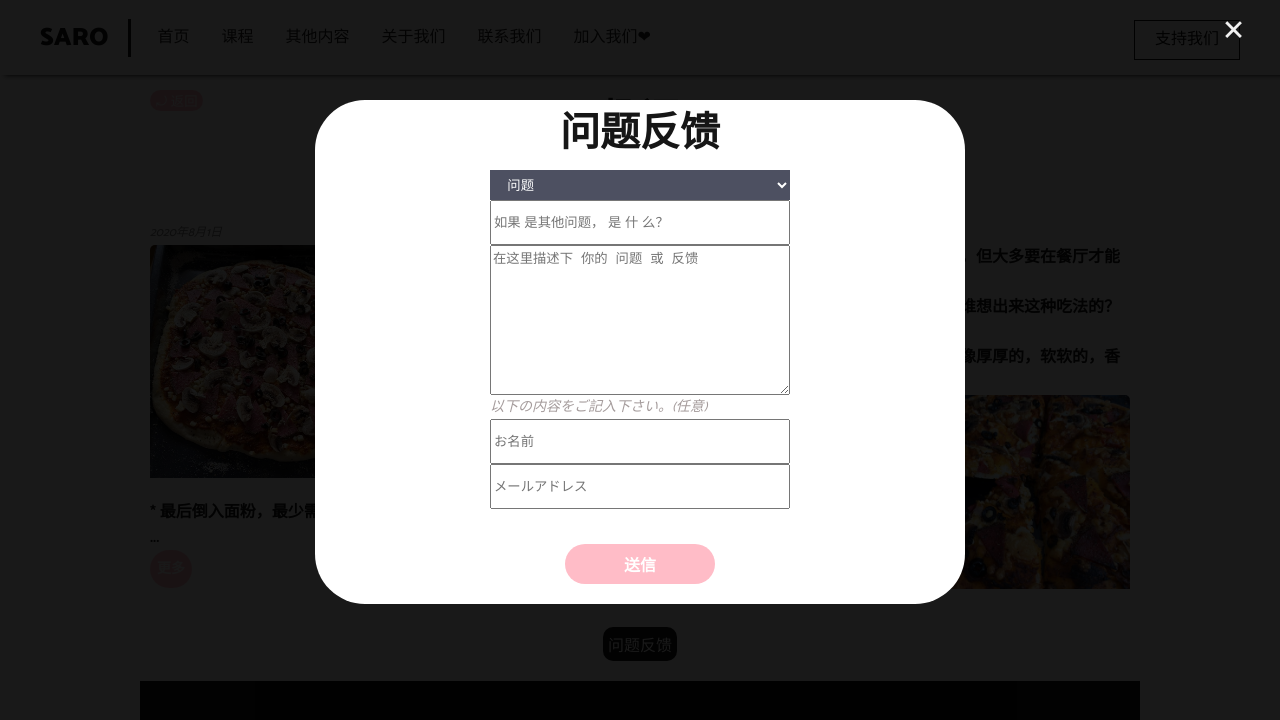
Repository: michalskirobert/SARO
Page: ch/stuff/curiosities.html
An editor plug-in stored every save of this project. The page is shown before and after the next save, followed by the edit.
The browser window is 1280 px wide. The pictures show the window.
After loading, the first visible `button.report` was clicked once.
A layer covers the whole window, so only the first screen is drawn. Some web libraries are served in a nearby version.

Above is the page before, as saved 2020-11-07 13:40:10.

### ch/stuff/curiosities.html
<!DOCTYPE html>
<html lang="zh">

<head>
    <meta charset="UTF-8">
    <meta name="description"
        content="大家好，我们是SARO。这个网站主要是为想要学习波兰语的朋友而建设。 网站的主要语言是英语，但我们也加入了日语和韩语。
        SARO的名字来源于日本名“Saki”（沙季）和Robert. Saki（日本人）和Robert（波兰人）是一对未婚夫妇，他们在这个网站努力
        分享他们的知识。">
    <meta name="keywords"
        content="波兰语, 波兰语学习, 如何学习波兰语, 波兰, 波兰食品, 波兰语课, 华沙, Polish lessons, Polish lessons online, online, lessons online, Polish online, free Polish lessons, polish lessons, Polska, polskie lekcje, lekcje języka polskiego, przepisy, recipes, recipe, polish foods recipe, recipes of Polish foods, żurek, naleśniki, gołąbki, żurek recipe, naleśniki recipe, gołąbki recipe, Polish cabbage rolls recipe, Polish free lessons, how to learn Polish, where to learn Polish, przypadki, polish declensions, how to make Polish words, how to make Polish sentences, SARO, SARO Polish lessons for free, SARO Polish, saro Polish lessons, Polish, Poland, Polska, polski, język polski, Polish hangman, saro, course, online, courses, english, japanese, Polish, Polish lessons, Polish curiosities, Polish tradition, Saro Polish langauge lessons online, Polish grammar, Polish media, Polish movies, Polish music, Polish foods, Polish food, pierogi, naleśniki, the best website for studying Polish, Polish lessons, Polish dictionary, Saro, Sa, Ro, Saki, Robert, Polish pronunciation, how to speak Polish, Warszawa, Warsaw, Wrocław, Wroclaw, Gdańsk, Polish cases, przypadki, Polish ortography, Polish culture, Polish traditions">
    <meta name="author" content="Robert Michalski">
    <meta name="viewport" content="width=device-width, initial-scale=1.0">
    <meta property="og:site_name" content="Saro.Website with free Polish lessons" />
    <meta property="og:url" content="www.saro.website" />
    <meta property="og:type" content="website" />
    <meta name="title" property="og:title" content="Saro.Website with free Polish lessons" />
    <meta name="image" property="og:image" content="https://saro.website/assets/img/bg/header-banner.jpg" />
    <meta property="og:image:type" content="image/png">
    <meta property="og:image:width" content="1024">
    <meta property="og:image:height" content="1024">
    <script defer src="https://saro.website/assets/js/cookie.js"></script>
    <script data-ad-client="ca-pub-5704095251892500" defer
        src="https://pagead2.googlesyndication.com/pagead/js/adsbygoogle.js"></script>
    <link rel="stylesheet" href="./../../assets/style/css/style.css">
    <title>Welcome to SARO - 趣闻</title>
</head>

<body>
    <header>
        <a href="https://saro.website" class="header-brand">SARO</a>
        <nav>
            <button class="hamburger" aria-expanded="false">
                <div class="bar"></div>
                <div class="bar"></div>
                <div class="bar"></div>
            </button>
            <ul class="nav__desktop">
                <li><a class="nav" href="./../index.html">首页</a></li>
                <li><a class="nav" href="./../lessons.html">课程</a></li>
                <li><a class="nav" href="./index.html">其他内容</a></li>
                <li><a class="nav" href="./../about.html">关于我们</a></li>
                <li><a class="navs" href="./../contact.html">联系我们</a></li>
                <li><a class="nav" href="./../join/">加入我们❤</a></li>
            </ul>
            <a href="./../support_us.html" class="header-cases">支持我们</a>
        </nav>
        <ul class="nav-list">
            <li><a href="./../index.html" class="header-brand--after">SARO</a></li>
            <li><a class="nav-links" href="./../index.html">首页</a></li>
            <li><a class="nav-links" href="./../lessons.html">课程</a></li>
            <li><a class="nav-links" href="./index.html">其他内容</a></li>
            <li><a class="nav-links" href="./../about.html">关于我们</a></li>
            <li><a class="nav-links" href="./../contact.html">联系我们</a></li>
            <li><a class="nav-links" href="./../join/">加入我们❤</a></li>
            <li><a class="nav-links" href="./../support_us.html">支持我们❤</a></li>
        </ul>
        <script src="./../../assets/js/menu.js"></script>
    </header>
    <main>
        <button class="back" onclick="goBack()">返回</button>
        <section class="content">
            <div class="wrapper">
                <h1>趣闻</h1>
                <article>
                    <script src="https://ajax.googleapis.com/ajax/libs/jquery/2.1.1/jquery.min.js"></script>
                    <div class="content">
                        <h2>披萨加番茄酱？</h2>
                        <p class="data"> 2020年8月1日</p>
                        <img src="./../../assets/img/articles/curiosities/01.08.2020/pizzaZKetchupem.jpg" alt="Pizza"
                            class="myImg image-left__center">
                        <p>最有名的披萨是超薄披萨，配上好的橄榄油。而在波兰你也可以吃到这样的披萨，但大多要在餐厅才能吃到。<br>
                            那么波兰人在家里会吃做哪种披萨吃呢？那披萨蘸蕃茄酱的吃法从哪里来的呢？谁想出来这种吃法的？谁
                            会想要在超薄披萨上加上那么多的番茄酱啊？<br>
                            薄披萨饼？并不在波兰流行！在很多波兰人家里，一般都是做厚披萨饼的，比较像厚厚的，软软的，香喷喷的意大
                            利面包。做这样的饼比较花时间，但做出来很好吃。</p>
                            <img src="./../../assets/img/articles/curiosities/01.08.2020/pizzaMrozonja.jpg"
                                alt="Pizza with ketchup" class="myImg image-right__center">
                            <b>最佳配方:</b>
                           <p>* 放入一整小包酵母，加入100ml温水，还有一点点糖，让酵母发挥出做好的发酵作用。<br>
                            * 然后加入一点点牛奶着色，让它变得白一点，还有橄榄油和盐。<br>
                            * 最后倒入面粉，最少需要500克，直到它变得黏黏的。为了能让饼足够软，要让它发酵
                            上几个小时。<br>
                            <span class="dots">...</span></p>
                        <div class="more">
                            <img src="./../../assets/img/articles/curiosities/01.08.2020/finalPizza.jpg"
                                alt="Pizza with Ketchup" class='myImg image-left__center'>
                            <p>当你把披萨饼放在盘子里时，你可以放一层番茄酱和你喜欢的食物在上面。因为披萨饼很够，所以你可以放很
                                多东西。披萨饼很厚很软但是会有点干，披萨饼上的食物占了1/3，其他就只是饼，也许这就是为什么波兰人
                                会放各种酱料在上面。披萨配大蒜酱和蕃茄酱是最多的。
                            </p>
                            <b>Zapiekanka</b>
                            <img src="./../../assets/img/articles/curiosities/01.08.2020/zapiekanka.jpg"
                                alt="Zapiekanka z grzybami" class="myImg image-right__center">
                            <p>我们还有波兰披萨！很好吃，通常是搭配番茄酱和芥末酱。我认为老人们喜欢搭配蕃茄酱还因为只有用了蕃茄酱才
                                是波兰传统披萨“zapiekanka”。 <br>
                                通常如果在家里没什么可以吃的，我们就会做“zapiakanka” ！😅<br>
                                在食物那一栏里，我们很快会加上“Zapiekanka”的配方。 <br>
                                现在我可以告诉你一个简单的制作方法，让你在家就可以做！<br>
                                切2片面包，铺一些黄油在上面，然后放一些食物在上面。<br>
                                一般来说我们做的zapiekanka会用蘑菇，或者火腿肉。推荐你这样先试着做一下:) <br>
                                放上火腿肉，芝士，撒上黑胡椒粉，然后在烤箱里烤个5分钟左右。（记得预热到200度）Smacznego（波兰语-请享用）!
                                好了，放一些番茄酱就可以吃啦:)
                            </p>
                            <div class="sign">
                                <p class="sign--person">编辑</span>
                                    <a href="../about.html" target="_blank">@Justyna & Robert</a>
                            </div>
                        </div>
                        <button class="button__default">更多</button>
                    </div>
                    <div class="reportButton">
                        <button class="report" onclick="report()">问题反馈</button>
                    </div>
            </div>
            <div id="myModal" class="modal">

                <!-- The Close Button -->
                <span class="close">&times;</span>

                <!-- Modal Content (The Image) -->
                <img class="modal-content" id="img01">

                <!-- Modal Caption (Image Text) -->
                <div id="caption"></div>
            </div>
            </article>
            </div>
            <script src="./../../assets/js/gallery.js"></script>
            <script src="./../../assets/js/readMore.js"></script>
            <script src="./../../assets/js/report.js"></script>
            <div id="reportWindow"></div>
        </section>
    </main>
    <div class="wrapper">
        <footer>
            <ul>
                <li><a href="../index.html">主页</a></li>
                <li><a href="../lessons.html">课程</a></li>
                <li><a href="./index.html">其他内容</a></li>
                <li><a href="../about.html">关于我们</a></li>
                <li><a href="../contact.html">联系我们</a></li>
                <li><a href="../support_us.html">支持我们</a></li>
                <li><a href="../join/">加入我们❤</a></li>
            </ul>
            <div class="footer-links-cases">
                <label for="language" class="language">语言：</label><br>
                <div class="custom-select">
                    <select id="language" onchange="window.location=this.options[this.selectedIndex].value">
                        <option value="" disabled selected>中文</option>
                        <option value="https://saro.website/stuff/curiosities.html">English</option>
                        <option value="https://saro.website/jp/stuff/curiosities.html">日本語</option>
                        <option value="https://saro.website/kr/stuff/curiosities.html">한국어</option>
                        <option value="https://saro.website/vi/stuff/curiosities.html">Tiếng Việt</option>
                    </select>
                    <span class="custom-arrow"></span>
                </div>
            </div>
            <div class="footer-sm">
                <a href="https://www.youtube.com/channel/UCfmBNdamq_Z70lFx-m4wpWA" target="_blank"><img
                        src="./../../assets/img/icons/YouTube1.png" alt="YouTube icon"></a>
                <a href="https://www.instagram.com/sarowebsite/" target="_blank"><img
                        src="./../../assets/img/icons/Instagram.png" alt="Instagram icon"></a>
                <a href="https://www.facebook.com/SARO-Free-Polish-Lessons-106067287815397" target="_blank"><img
                        src="./../../assets/img/icons/Facebook.png" alt="Facebook icon"></a>
            </div>
        </footer>
    </div>
</body>

</html>

### assets/js/report.js
//reportJS by Robert Michalski

function report() {
  var reportWindow = document.getElementById("reportWindow");
  var pageName = window.location.pathname;
  var language = document.getElementsByTagName("html");

  for (var i = 0; i < language.length; i++) {
    if (language[i].lang === "en") {
      var codeBlock = `
    <div class="report__base" id="myReport">
    <span id="close" onclick="showOld()">&times;</span>
    <div class="report__content" id="report01">
    <h3>Report page</h3>
    <form method="post" action="https://saro.website/report.php" class="report__form">
    <input name="language" id="language" value="${language[i].lang}" style="display: none;">
    <input name="page" id="page" value="${pageName}" style="display: none;">
    <input name="lang" id="lang" value="English" style="display: none;">
    <select name="category" id="category" required>
    <option value="Bug">Bug</option>
    <option value="Page does not work">Page does not work</option>
    <option value="Problem with displying">Page displays incorrectly</option>
    <option value="other">Other</option></select>
    <input type="text" name="other" id="other" class="issue" placeholder="if other, what is it?">
    <textarea name="describe" id="describe" cols="30" rows="10" placeholder="Describe your issue or feedback here" required></textarea>
    <i>*Additional informations name, email are not requested</i>
    <div class="form__label__left">
    <input type="text" name="name" id="name" class="issue" placeholder="Name">
    <input type="email" name="email" id="email" class="issue" placeholder="Email">
    <input type="submit" class="button__black" value="Send">
    </form>
    </div>
    </div>
    </div>`;
    } else if (language[i].lang === "ja") {
      var codeBlock = `
    <div class="report__base" id="myReport">
    <span id="close" onclick="showOld()">&times;</span>
    <div class="report__content" id="report01">
    <h3>レポート</h3>
    <form method="post" action="https://saro.website/report.php" class="report__form">
    <input name="language" id="language" value="${language[i].lang}" style="display: none;">
    <input name="page" id="page" value="${pageName}" style="display: none;">
    <input name="lang" id="lang" value="Japanese" style="display: none;">
    <select name="category" id="category" required>
    <option value="Bug">バグ</option>
    <option value="Page does not work">ページがうまく動かない</option>
    <option value="Problem with displying">指定したページが一致しな</option>
    <option value="other">その他</option></select>
    <input type="text" name="other" id="other" class="issue" placeholder="「その他」を選んだ方は、内容をご記入下さい?">
    <textarea name="describe" id="describe" cols="30" rows="10" required placeholder="発生している状況やフィードバックをご記入下さい"></textarea>
    <i>以下の内容をご記入下さい。(任意)</i>
    <input type="text" name="name" id="name" class="issue" placeholder="お名前">
    <input type="email" name="email" id="email" class="issue" placeholder="メールアドレス">
    <input type="submit" class="button__black" value="送信">
    </form>
    </div>
    </div>`;
    } else if (language[i].lang === "zh") {
      var codeBlock = `
    <div class="report__base" id="myReport">
    <span id="close" onclick="showOld()">&times;</span>
    <div class="report__content" id="report01">
    <h3>问题反馈</h3>
    <form method="post" action="https://saro.website/report.php" class="report__form">
    <input name="language" id="language" value="${language[i].lang}" style="display: none;">
    <input name="page" id="page" value="${pageName}" style="display: none;">
    <input name="lang" id="lang" value="Chinese" style="display: none;">
    <select name="category" id="category" required>
    <option value="Bug">问题</option>
    <option value="Page does not work">页面 没 有 反应</option>
    <option value="Problem with displying">页面 显示 错误</option>
    <option value="other">其他</option></select>
    <input type="text" name="other" id="other" class="issue" placeholder="如果 是其他问题， 是 什 么？">
    <textarea name="describe" id="describe" cols="30" rows="10" required placeholder="在这里描述下 你的 问题 或 反馈 "></textarea>
    <i>以下の内容をご記入下さい。(任意)</i>
    <input type="text" name="name" id="name" class="issue" placeholder="お名前">
    <input type="email" name="email" id="email" class="issue" placeholder="メールアドレス">
    <input type="submit" class="button__black" value="送信">
    </form>
    </div>
    </div>`;
    }

    reportWindow.innerHTML = codeBlock;
  }
}

function showOld() {
  document.getElementById("myReport").style.display = "none";
}

Loaded but not shown: assets/js/readMore.js (56 lines, source omitted); assets/style/css/style.css (4313 lines, source omitted); assets/js/gallery.js (no copy from this time; the picture is the same without it); assets/js/menu.js (no copy from this time; the picture is the same without it)

After the next save:
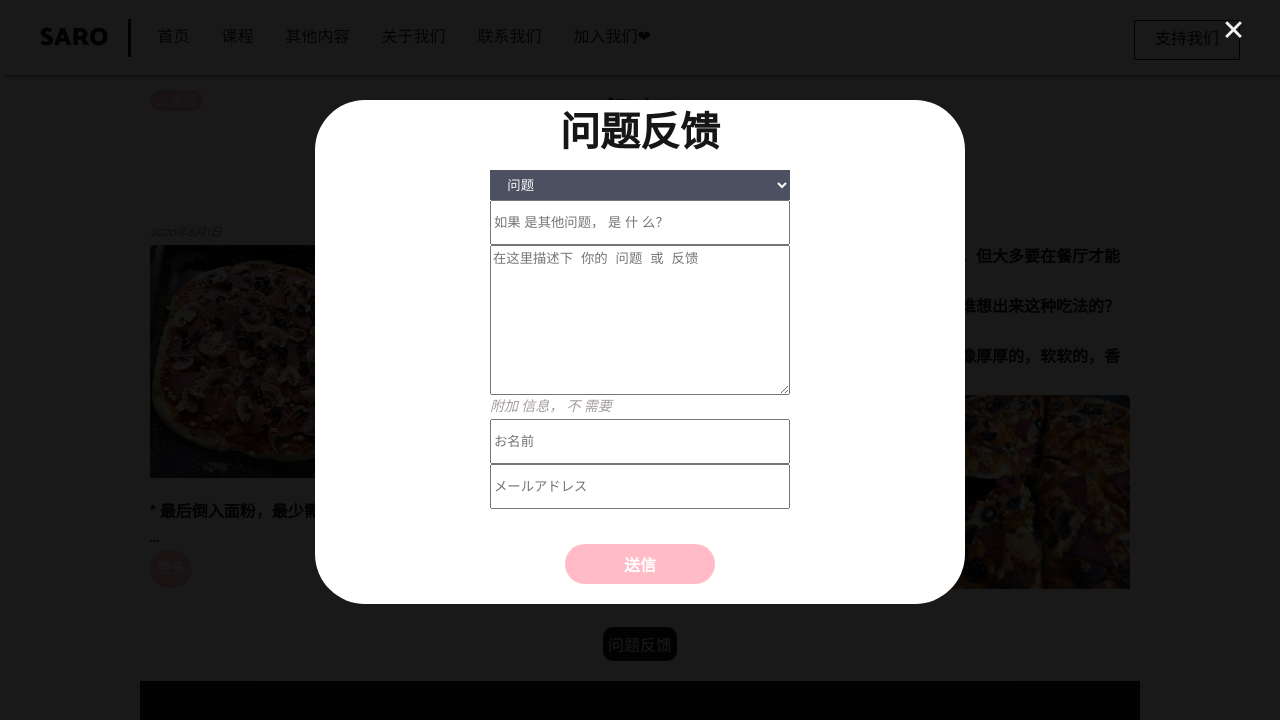
Saved 11 s later.
--- a/assets/js/report.js
+++ b/assets/js/report.js
@@ -73,7 +73,7 @@ function report() {
     <option value="other">其他</option></select>
     <input type="text" name="other" id="other" class="issue" placeholder="如果 是其他问题， 是 什 么？">
     <textarea name="describe" id="describe" cols="30" rows="10" required placeholder="在这里描述下 你的 问题 或 反馈 "></textarea>
-    <i>以下の内容をご記入下さい。(任意)</i>
+    <i>附加 信息， 不 需要</i>
     <input type="text" name="name" id="name" class="issue" placeholder="お名前">
     <input type="email" name="email" id="email" class="issue" placeholder="メールアドレス">
     <input type="submit" class="button__black" value="送信">
